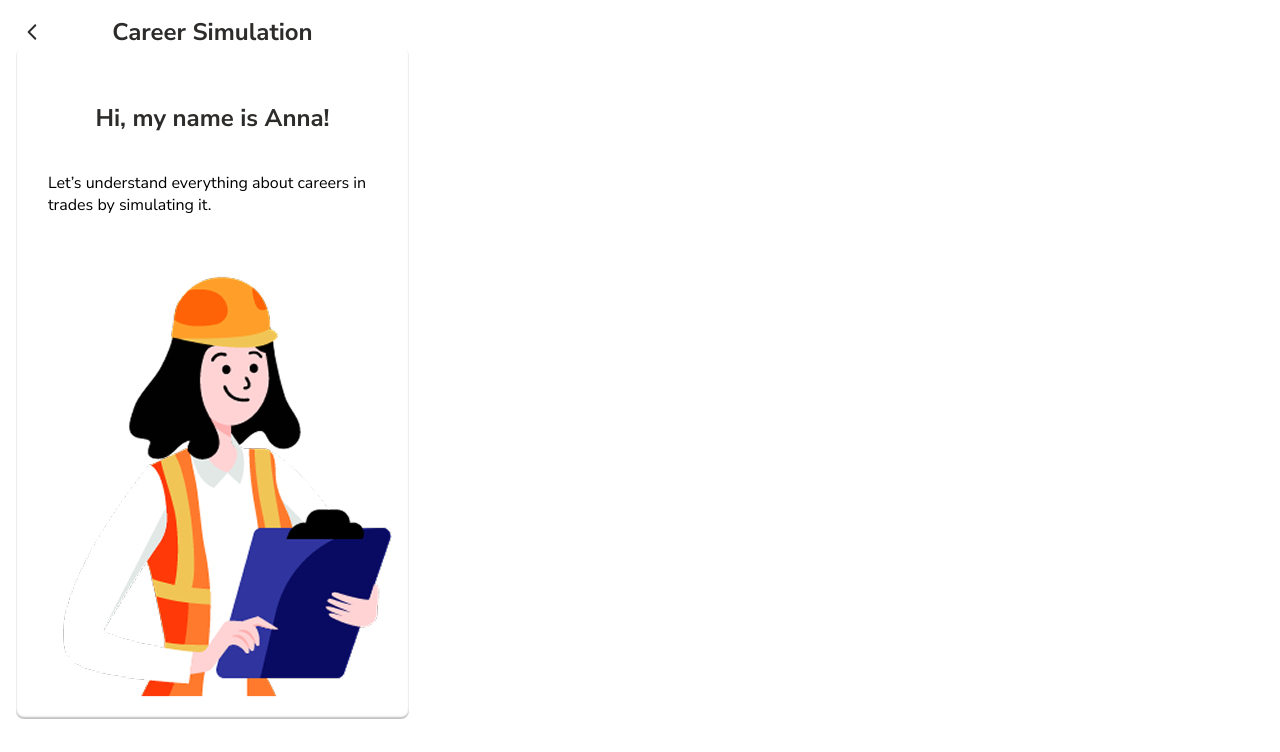
Repository: daniel-liu01/week10books
Page: /
The author's editor kept a copy of each file at every save. The page is drawn from the files as they stood at one save, then again after the next save.
The browser window is 1280 px wide. The pictures show the whole page.
The project was rebuilt for these pictures with package versions that can differ from the ones it lists, and the page was loaded fresh each time. Also part of the build but not shown: vite.config.js, vite.config.ts, src/App.css.

Above is the page before, as saved 2025-10-17 18:00:21.

After the next save:
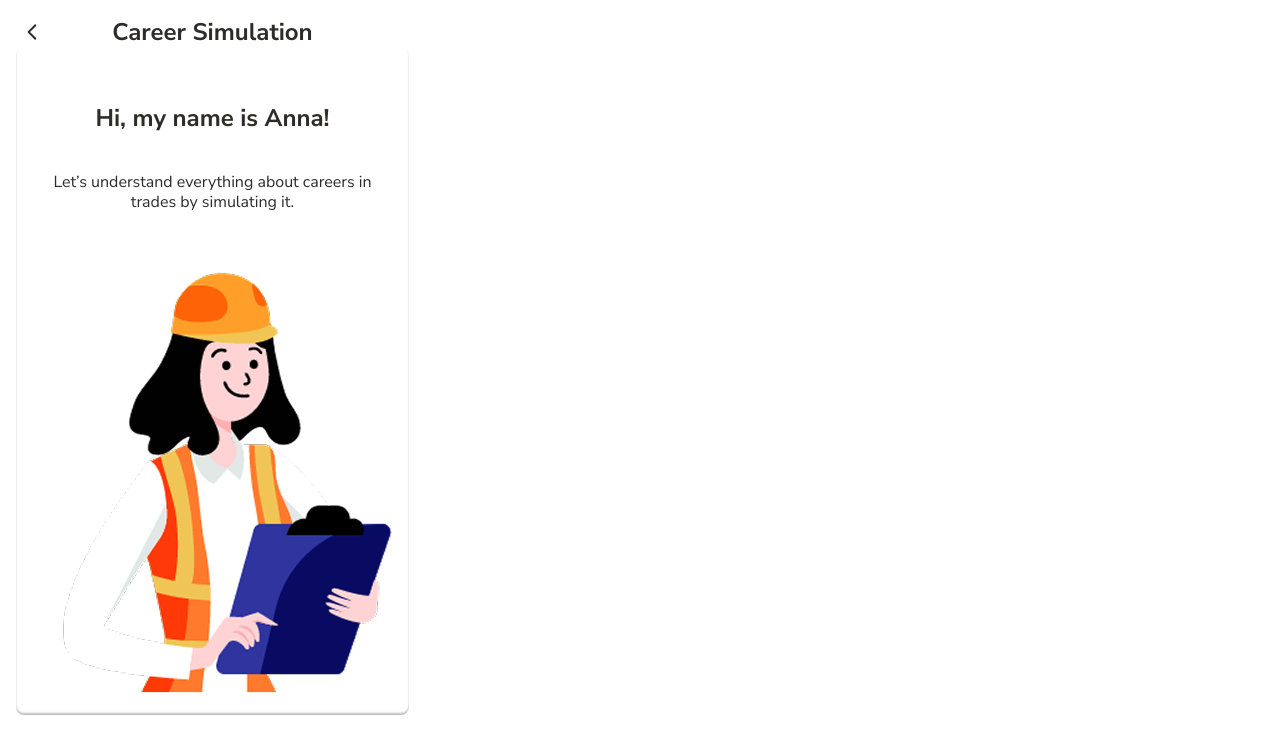
Saved 6 s later.
--- a/components/Card/Card.module.css
+++ b/components/Card/Card.module.css
@@ -33,6 +33,14 @@
 }
 
 .description {
+    color: var(--Forge---Hi-Fi-Black-black-500, #2d2c2b);
+    text-align: center;
+    /* Forge - HiFi/Body Regular HiFi 16px */
+    font-family: "Nunito Sans";
+    font-size: 16px;
+    font-style: normal;
+    font-weight: 400;
+    line-height: 20px; /* 125% */
 }
 
 .image_wrapper {
